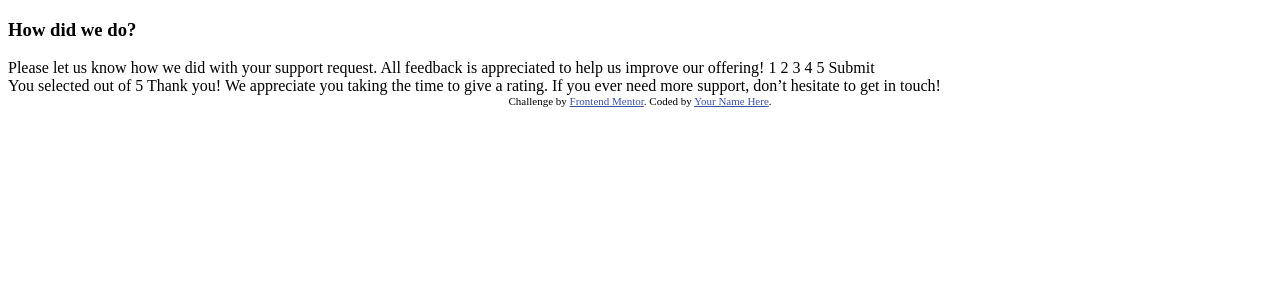
Repository: huynhnhutanhduy/interactive-rating-component
Page: index.html
An editor plug-in stored every save of this project. The page is shown before and after the next save, followed by the edit.
The browser window is 1280 px wide. The pictures show the whole page.

Above is the page before, as saved 2022-10-19 09:24:12.

After the next save:
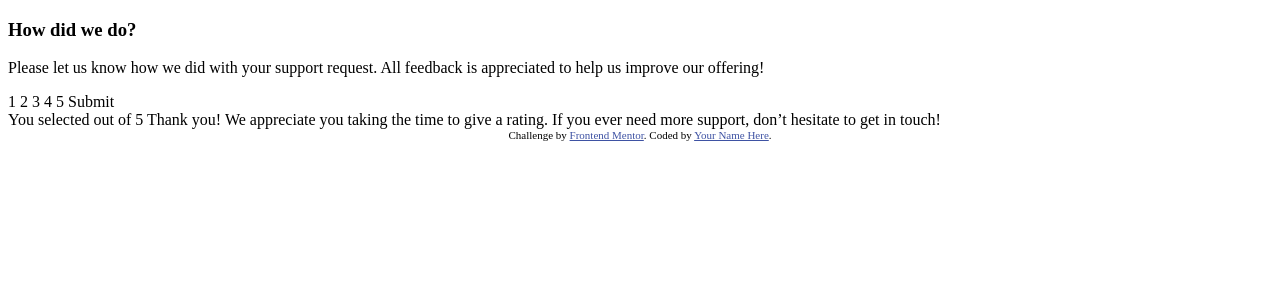
Saved 18 s later.
--- a/index.html
+++ b/index.html
@@ -13,8 +13,11 @@
       <!-- Rating state start -->
       <article>
         <h3 class="title">How did we do?</h3>
-        Please let us know how we did with your support request. All feedback is appreciated to
-        help us improve our offering! 1 2 3 4 5 Submit
+        <p class="desc">
+          Please let us know how we did with your support request. All feedback is appreciated
+          to help us improve our offering!
+        </p>
+        1 2 3 4 5 Submit
       </article>
       <!-- Rating state end -->
 
